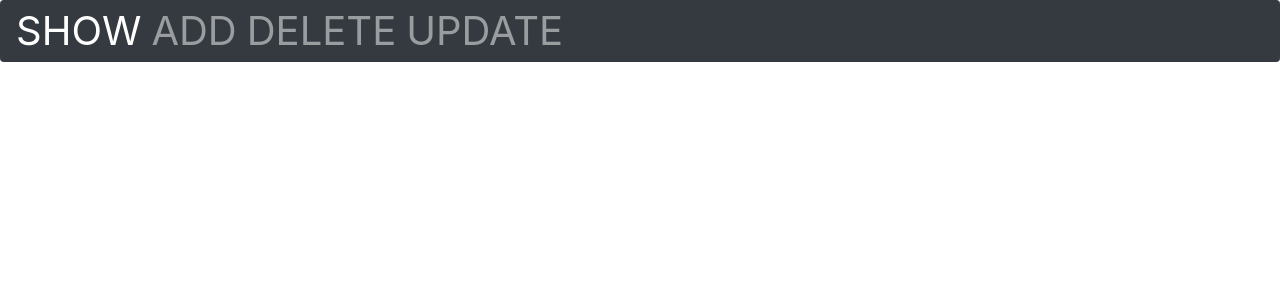
Repository: jalaj2123/SPRING-ORM
Page: Webap/src/main/webapp/home.html
These files come from the project's save history. The page is drawn as it stood at one moment and after the next save; the edit follows.
The browser window is 1280 px wide. The pictures show the whole page.

Above is the page before, as saved 2022-03-17 08:20:37.

After the next save:
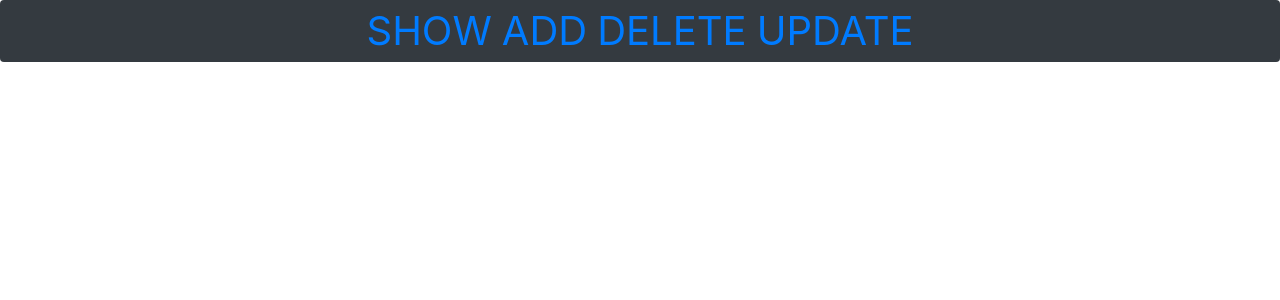
Saved 5 min 10 s later.
--- a/Webap/src/main/webapp/home.html
+++ b/Webap/src/main/webapp/home.html
@@ -24,7 +24,7 @@ font-size:40px
   </head>
   <body>
   <header>
-<nav class="navbar navbar-expand-sm bg-dark navbar-dark">
+<nav class="navbar navbar-expand-sm bg-dark justify-content-center">
   <ul class="navbar-nav">
     <li class="nav-item active">
       <a class="nav-link" href="index.html">SHOW</a>
